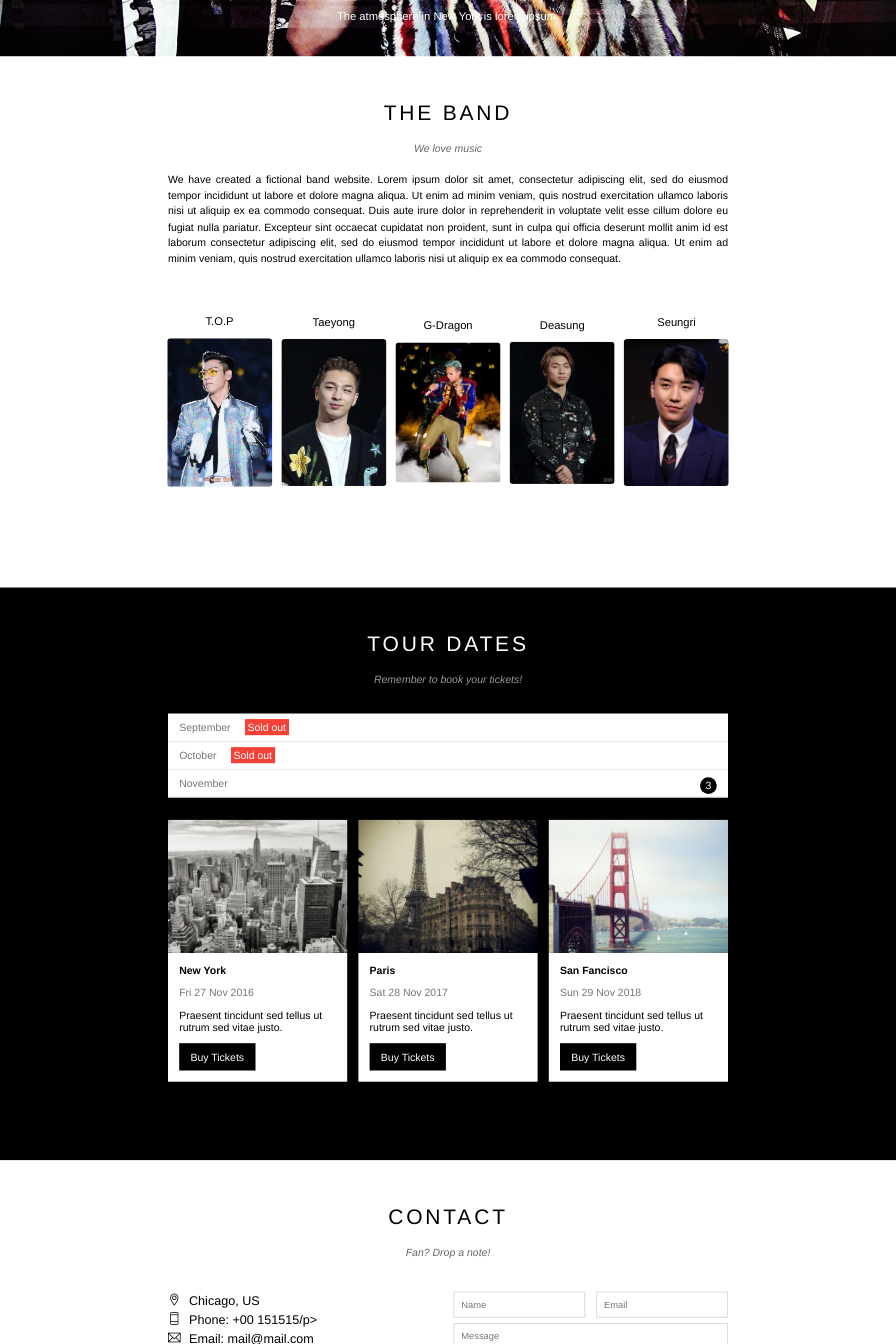
Repository: ThinhTran2k/BigBang-Band-Website
Page: index.html
These files come from the project's save history. The page is drawn as it stood at one moment and after the next save; the edit follows.
The browser window is 1280 px wide. The pictures show the part of the page from y = 606 to 2526 px (the page is 3629 px tall before and 3651 px after), at 70% of full size.

Above is the page before, as saved 2021-03-15 15:09:58.

### index.html
<!DOCTYPE html>
<html lang="en">
<head>
    <meta charset="UTF-8">
    <meta http-equiv="X-UA-Compatible" content="IE=edge">
    <meta name="viewport" content="width=device-width, initial-scale=1.0">
    <title>Brand</title>
    <link rel="icon" href="asset/img/favicon.png" type="image/x-icon" />
    <link rel="stylesheet" href="./asset/css/style.css">
    <link rel="stylesheet" href="./asset/font/themify-icons/themify-icons.css">
</head>
<body>
    <div class="wrapper">
        <div class="header">
            <!-- Navigation -->
            <ul class="nav">
                <li><a href="#">Home</a></li>
                <li><a href="#band">Band</a></li>
                <li><a href="#tour">Tour</a></li>
                <li><a href="#contact">Contact</a></li>
                <li>
                    <a href="">
                        More
                        <i class="nav-arrow-icon ti-angle-down"></i>
                    </a>
                    <ul class="subnav">
                        <li><a href="#">Merchandise</a></li>
                        <li><a href="#">Extras</a></li>
                        <li><a href="#">Media</a></li>
                    </ul>
                </li>
            </ul>

            <!-- Search -->
            <div class="header__search">
                <i class="header__search-icon ti-search"> </i>
            </div>
        </div>

        <div class="slider">
            <div class="text-content">
                <h2 class="text-heading">New York</h2>
                <div class="text-description">The atmosphere in New York is lorem ipsum.</div>
            </div>
        </div>

        <div class="content" >
            <div class="content-section" id="band">
                <h2 class="section-heading">THE BAND</h2>
                <p class="section-subheading">We love music</p>
                <p class="about">We have created a fictional band website. Lorem ipsum dolor sit amet, consectetur adipiscing elit, sed do eiusmod tempor
                incididunt ut labore et dolore magna aliqua. Ut enim ad minim veniam, quis nostrud exercitation ullamco laboris nisi ut
                aliquip ex ea commodo consequat. Duis aute irure dolor in reprehenderit in voluptate velit esse cillum dolore eu fugiat
                nulla pariatur. Excepteur sint occaecat cupidatat non proident, sunt in culpa qui officia deserunt mollit anim id est
                laborum consectetur adipiscing elit, sed do eiusmod tempor incididunt ut labore et dolore magna aliqua. Ut enim ad minim
                veniam, quis nostrud exercitation ullamco laboris nisi ut aliquip ex ea commodo consequat.
                </p>

                <div class="row member-list">
                    <div class="member-item">
                        <p class="member-name">T.O.P</p>
                        <img src="./asset/img/T.O.P.jpg" alt="name" class="member-img">
                    </div>
                    <div class="member-item">
                        <p class="member-name">Taeyong</p>
                        <img src="./asset/img/Taeyong.jpg" alt="name" class="member-img">
                    </div>
                    <div class="member-item">
                        <p class="member-name">G-Dragon</p>
                        <img src="./asset/img/G-dragon.jpg" alt="name" class="member-img">
                    </div>
                    <div class="member-item">
                        <p class="member-name">Deasung</p>
                        <img src="./asset/img/Deasung.jpg" alt="name" class="member-img">
                    </div>
                    <div class="member-item">
                        <p class="member-name">Seungri</p>
                        <img src="./asset/img/Seung-hyun.png" alt="name" class="member-img">
                    </div>
                </div>
            </div>
            <div class="content-section--black" id="tour">
                <div class="content-section">
                    <h2 class="section-heading text-white">TOUR DATES</h2>
                    <p class="section-subheading text-white">Remember to book your tickets!</p>
                    <!-- Tickets -->
                    <ul class="tickets-list">
                        <li>September <span class="sold-out">Sold out</span></li>
                        <li>October <span class="sold-out">Sold out</span></li>
                        <li>November <span class="quantity">3</span></li>
                    </ul>
                    <!-- Places -->
                    <div class="row place-list">
                        <div class="col col-third">
                            <img src="./asset/img/newyork.jpg" alt="place" class="place-img">
                            <div class="place-content">
                                <h3 class="place-heading">New York</h3>
                                <p class="place-time">Fri 27 Nov 2016</p>
                                <p class="place-desc">Praesent tincidunt sed tellus ut rutrum sed vitae justo.</p>
                                <a href="#" class="place-buy-btn">Buy Tickets</a>
                            </div>
                        </div>
                        <div class="col col-third">
                            <img src="./asset/img/paris.jpg" alt="place" class="place-img">
                            <div class="place-content">
                                <h3 class="place-heading">Paris</h3>
                                <p class="place-time">Sat 28 Nov 2017</p>
                                <p class="place-desc">Praesent tincidunt sed tellus ut rutrum sed vitae justo.</p>
                                <a href="#" class="place-buy-btn">Buy Tickets</a>
                            </div>
                        </div>
                        <div class="col col-third">
                            <img src="./asset/img/sanfran.jpg" alt="place" class="place-img">
                            <div class="place-content">
                                <h3 class="place-heading">San Fancisco</h3>
                                <p class="place-time">Sun 29 Nov 2018</p>
                                <p class="place-desc">Praesent tincidunt sed tellus ut rutrum sed vitae justo.</p>
                                <a href="#" class="place-buy-btn">Buy Tickets</a>
                            </div>
                        </div>
                    </div>
                </div>
            </div>
            <div class="content-section" id="contact">
                <h2 class="section-heading">CONTACT</h2>
                <p class="section-subheading">Fan? Drop a note!</p>

                <div class="row contact-content">
                    <div class="col col-half contact-infor">
                        <p><i class="ti-location-pin"></i>Chicago, US</p>
                        <p><i class="ti-mobile"></i>Phone: +00 151515/p>
                        <p><i class="ti-email"></i>Email: mail@mail.com</p>
                    </div>
                    <div class="col col-half contact-form">
                        <form action="">
                            <div class="row ">
                                <div class="col col-half">
                                    <input type="text" name="" id="" class="form-control" required placeholder="Name">
                                </div>
                                <div class="col col-half">
                                    <input type="email" name="" id="" class="form-control" required placeholder="Email">
                                </div>
                            </div>
                            <div class="row mt-8">
                                <div class="col col-full">
                                    <input type="text" name="" id="" class="form-control" required placeholder="Message">
                                </div>
                            </div>
                            <input type="submit" value="SEND" class="form-btn">
                        </form>
                    </div>
                </div>
            </div>

            <div class="map-section" >
                <img src="./asset/img/map.jpg" alt="map">
            </div>
        </div>

        <div class="footer">
            <div class="social-list">
                <a href=""><i class="ti-facebook"></i></a>
                <a href=""><i class="ti-instagram"></i></a>
                <a href=""><i class="ti-pinterest"></i></a>
                <a href=""><i class="ti-linkedin"></i></a>
                <a href=""><i class="ti-twitter-alter"></i></a>
                <a href=""><i class="ti-dropbox-alt"></i></a>
            </div>
            <p class="copyright">Powered by <a href="#">w3.css</a></p>
        </div>
    </div>
</body>
</html>

### asset/css/style.css
/* Reset CSS */
*{
    padding: 0;
    margin: 0;
    box-sizing: border-box;
}

html {
    scroll-behavior: smooth;
    font-family: Helvetica, Arial , sans-serif;
}

/* Common css */
.text-white {
    color: #fff !important;
}
.row {
    display: flex;
    justify-content: space-between;
    margin-left: -8px;
    margin-right: -8px;
}
.col {
    padding: 0 8px;
}
.col-third {
    width: 33.33%;
}
.col-half {
    width: 50%;
}
.col-full {
    width: 100%;
}
/* end */

/* Main */
.wrapper {

}

.header {
    position: fixed;
    top: 0;
    left: 0;
    right: 0;
    z-index: 1;
    height: 46px;
    background-color: #000;
}

.nav {
    display: inline-block;
}
.nav .subnav {
    display: none;
    position: absolute;
    top: 100%;
    left: 0;
    min-width: 160px;
    background-color: #fff;
    box-shadow: 0 0 10px rgba(0, 0, 0, 0.3);
}
.nav, .subnav {
    list-style: none;
}
.nav .subnav li:hover, .nav > li:hover > a {
    color: #000;
    background-color: #ccc;
}
.nav .subnav a {
    line-height: 38px;
    padding: 0 16px;
    color: #000;
}

.nav li:hover .subnav {
    display: block;
}
.nav > li {
    display: inline-block;
}
.nav > li > a {
    text-transform: uppercase;
    color: #fff;
}
.nav li{
    position: relative;
}
.nav li a {
    display: block;
    cursor: pointer;
    padding: 0 24px;
    line-height: 46px;
    text-decoration: none;
}
.nav-arrow-icon {
    font-size: 14px;
}
.header .header__search {
    float: right;
    padding: 0 21px;
    line-height: 46px;
}
.header .header__search:hover {
    cursor: pointer;
    background-color: #f44336;
}
.header__search-icon {
    color: #fff;
    font-size: 20px;
}

.slider {
    position: relative;
    margin-top: 46px;
    padding-top: 50%;
    background-image: url('/asset/img/slider2.jpg');
    background-size: cover;
    background-repeat: no-repeat;
    background-position: top center;
}
.text-content {
    position: absolute;
    color: #fff;
    bottom: 48px;
    left: 50%;
    transform: translateX(-50%);
    text-align: center;
}
.text-heading {
    font-weight: 500;
}
.text-description {
    padding-top: 15px;
}


.content {

}
.content-section {
    width: 800px;
    max-width: 100%;
    margin: 0 auto;
    padding: 64px 0 112px;
}
.section-heading {
    font-weight: 500;
    font-size: 30px;
    text-align: center;
    letter-spacing: 4px;
}
.section-subheading {
    font-size: 15px;
    text-align: center;
    margin-top: 25px;
    font-style: italic;
    opacity: 0.6;
}
.about {
    margin-top: 25px;
    font-size: 15px;
    text-align: justify;
    line-height: 1.5;
}
.member-list {
    margin-top: 38px;
    padding: 32px 0;
}
.member-item {
    display: flex;
    flex-direction: column;
    align-items: center;
    justify-content: center;
    width: 20%;
}
.member-item .member-name {
    margin-bottom: 15px;
}
.member-item .member-img {
    border-radius: 5px;
    width: 150px;
    object-fit: contain;
}
.content-section--black {
    background-color: #000;
}
.tickets-list {
    list-style: none;
    margin-top: 40px;
    background-color: #fff;
}
.tickets-list li {
    color: #757575;
    font-size: 15px;
    padding: 11px 16px;
    border-bottom: 1px solid #ddd;
}
.sold-out {
    background-color: #f44336;
    padding: 3px 4px;
    color: #fff;
    margin-left: 16px;
}
.quantity {
    float: right;
    width: 24px;
    height: 24px;
    line-height: 24px;
    text-align: center;
    border-radius: 50%;
    background-color: #000;
    color: #fff;
}
.place-list {
    /* kĩ thuật căn lề trái vs lề phải */
    margin-top: 32px;
}
.place-img {
    display: block;
    width: 100%;
    height: 190px;
}
.place-img:hover { opacity: 0.6;}
.place-content {
    font-size: 15px;
    padding: 16px;
    background-color: #fff;
}
.place-heading {
    font-size: 15px;
    font-weight: 600;
}
.place-time {
    color: #757575;
    margin-top: 15px;
}
.place-desc {
    margin-top: 15px;
}
.place-buy-btn {
    display: inline-block;
    color: #fff;
    background-color: #000;
    padding: 11px 16px;
    margin-top: 15px;
    text-decoration: none;
}
.place-buy-btn:hover {color: #000; background-color: #ccc;}
/* Contact Form */
.contact-content {
    margin-top: 48px;
}
.contact-infor {
    font-size: 18px;
    line-height: 1.5;
}
.contact-infor i[class*="ti-"] { width: 30px; display: inline-block;}
.contact-form {
    font-size: 15px;
}
.form-control {
    padding: 10px;
    border: 1px solid #ccc;
    width: 100%;
}
.mt-8 {
    margin-top: 8px;
}
.form-btn {
    display: block;
    margin-left: auto;
    margin-top: 16px;
    margin-bottom: 16px;
    padding: 12px 16px;
    text-align: right;
    border:none;
    color: #fff;
    background-color: #000;
}
.form-btn:hover { background-color: #ccc; cursor: pointer;color: #000;}
/* Map */
.map-section img {
    width: 100%;
}

.footer {
    padding: 64px 16px;
    text-align: center;
}
.footer .social-list {
    font-size: 24px;
}
.footer .social-list a {text-decoration: none; color: rgba(0, 0, 0, 0.6);}
.footer .social-list a:hover ,.footer .copyright a:hover { color: rgba(0, 0, 0, 0.4);}
.footer .copyright {
    margin-top: 15px;
    font-size: 15px;
    color: rgba(0, 0, 0, 0.6);
}
.footer .copyright a {
    color: rgba(0, 0, 0, 0.6);
}

Loaded but not shown: asset/font/themify-icons/themify-icons.css (common file)

After the next save:
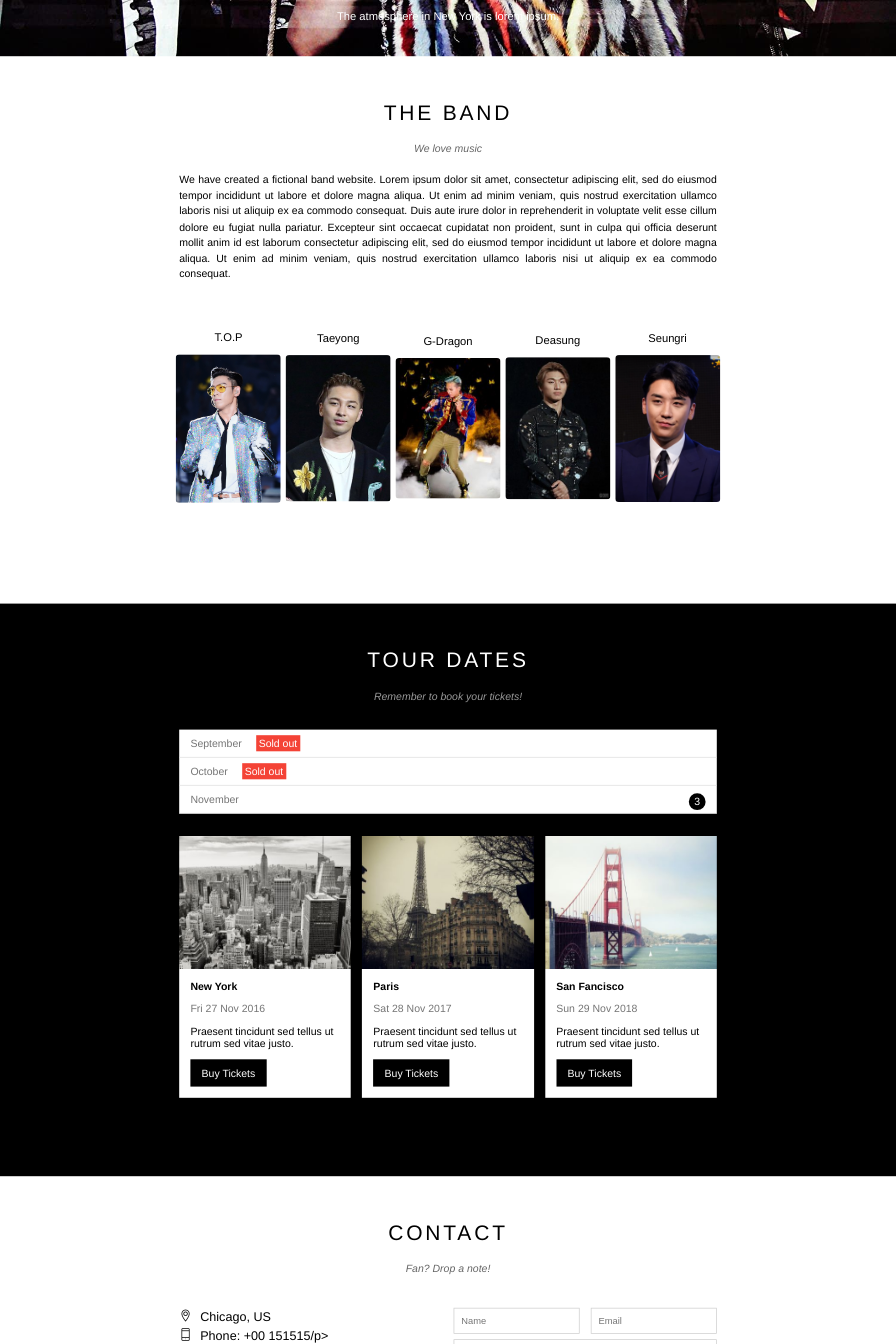
Saved 4 min 33 s later.
--- a/asset/css/style.css
+++ b/asset/css/style.css
@@ -143,7 +143,7 @@
     width: 800px;
     max-width: 100%;
     margin: 0 auto;
-    padding: 64px 0 112px;
+    padding: 64px 16px 112px;
 }
 .section-heading {
     font-weight: 500;
